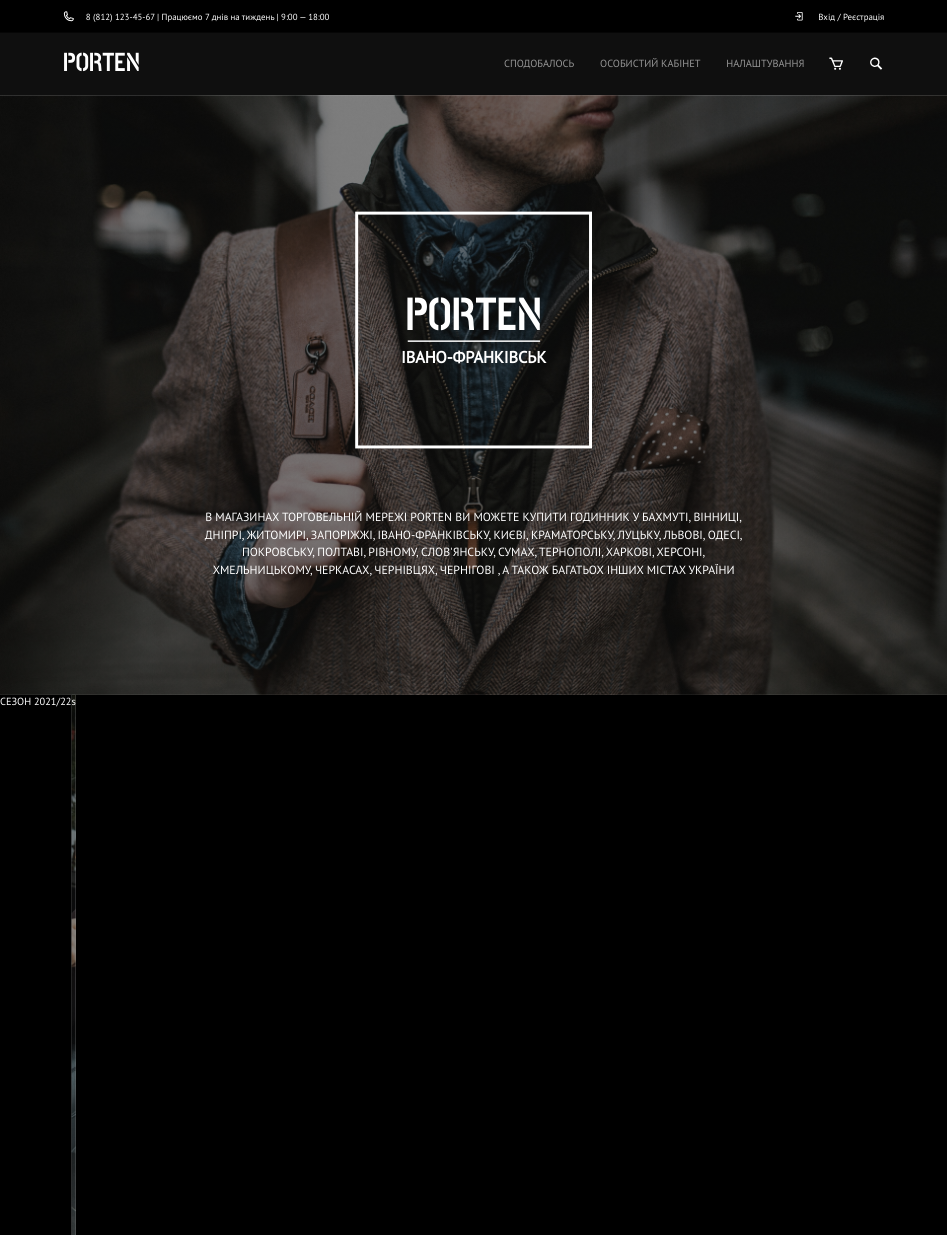
Repository: KYUUBI-K/porten
Page: index.html
These files come from the project's save history. The page is drawn as it stood at one moment and after the next save; the edit follows.
The browser window is 1280 px wide. The pictures show the whole page, at 74% of full size.

Above is the page before, as saved 2025-09-09 22:18:33.

After the next save:
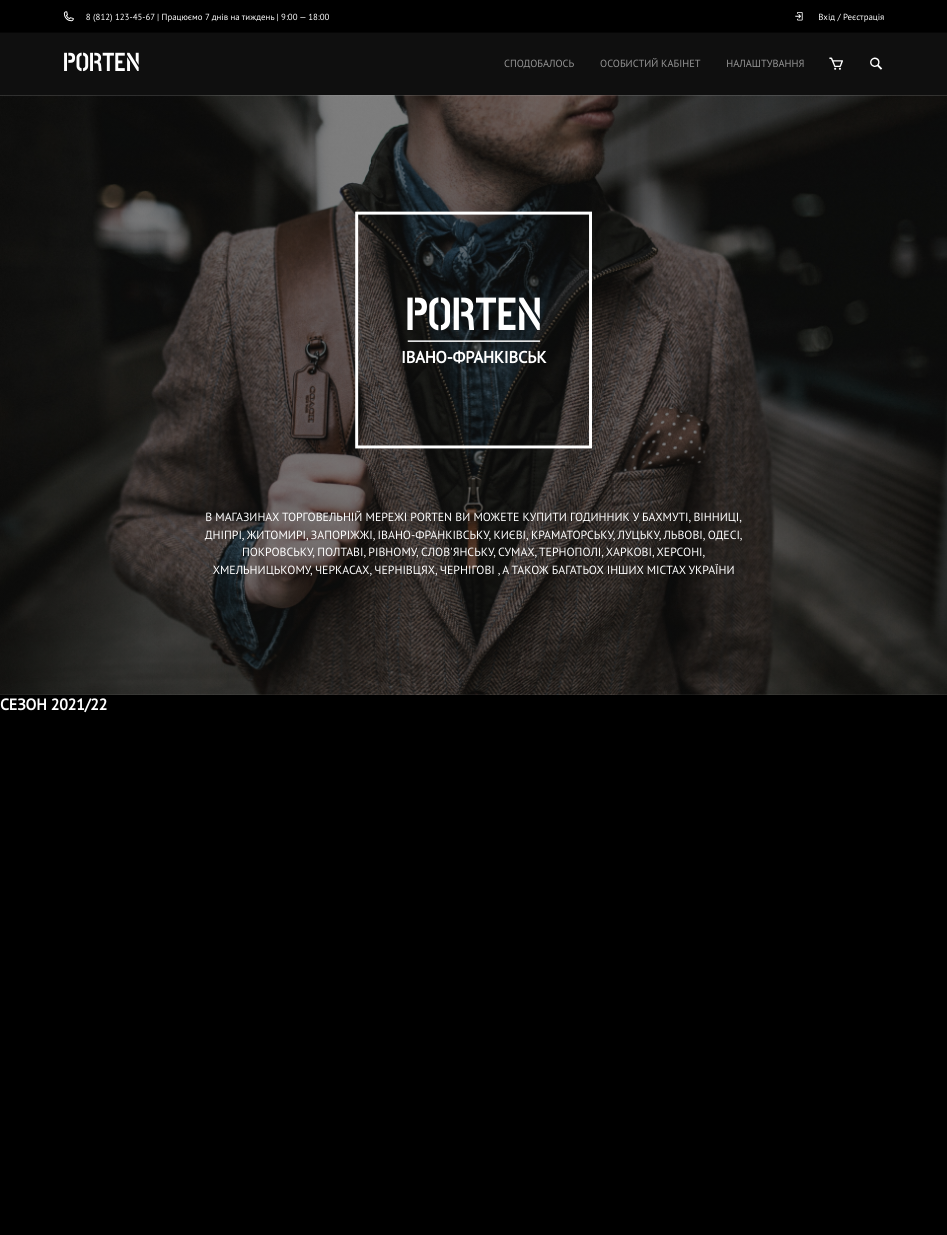
Saved 5 min 7 s later.
--- a/index.html
+++ b/index.html
@@ -118,8 +118,11 @@
       </div>
     </section>
     <section class="new-collection">
-      <aside class="new-season">СЕЗОН 2021/22</aside>
-      <aside class="catalog">s</aside>
+      <aside class="new-season">
+        <h2 class="section-title">СЕЗОН 2021/22</h2>
+        <div class="section-line"></div>
+      </aside>
+      <aside class="catalog"></aside>
     </section>
   </body>
 </html>
